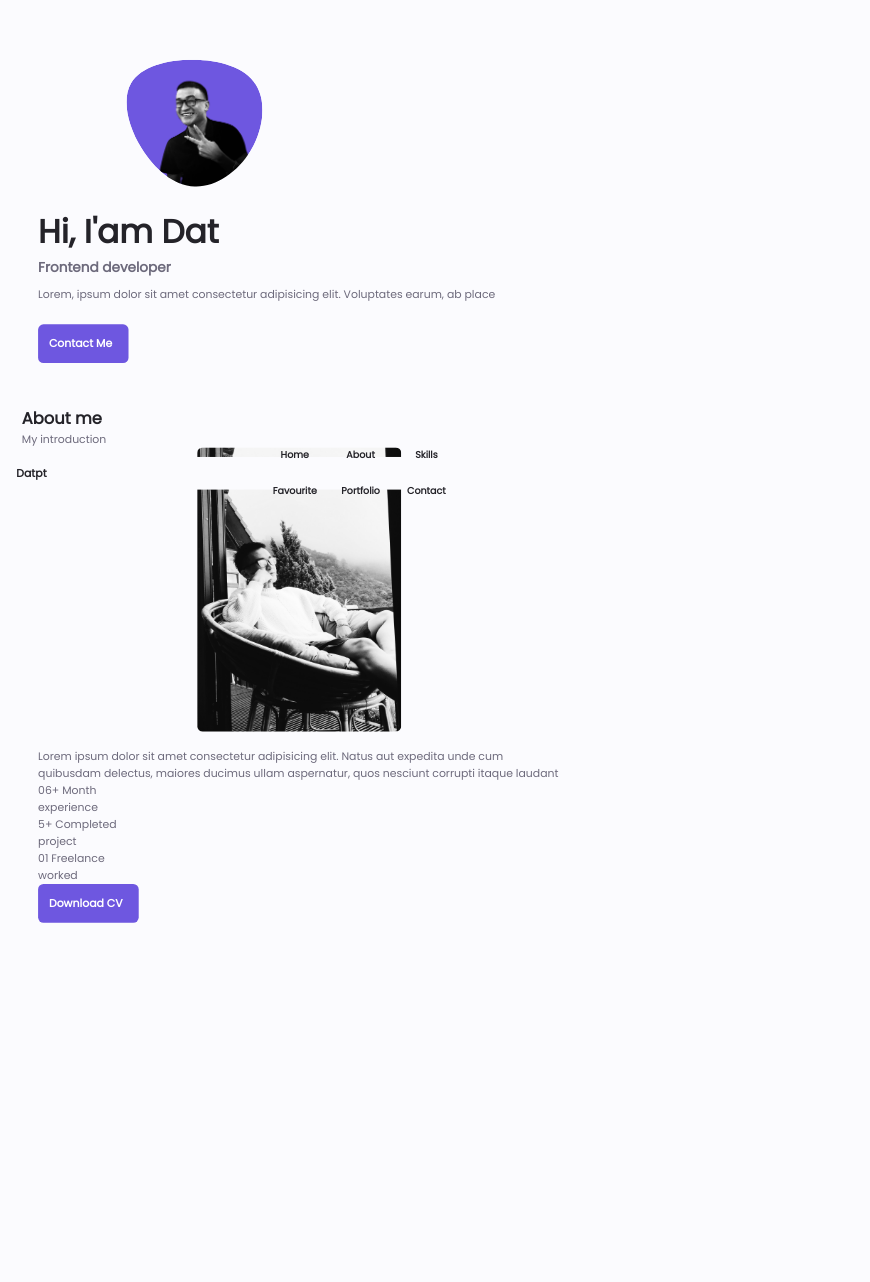
Repository: Datt21/portfolio
Page: index.html
These files come from the project's save history. The page is drawn as it stood at one moment and after the next save; the edit follows.
The browser window is 1280 px wide. The pictures show the whole page, at 68% of full size.
Some icons come from a web library that is not loaded, so they are not drawn.

Above is the page before, as saved 2021-07-10 16:38:20.

### index.html
<!DOCTYPE html>
<html lang="en">
<head>
    <meta charset="UTF-8">
    <meta http-equiv="X-UA-Compatible" content="IE=edge">
    <meta name="viewport" content="width=device-width, initial-scale=1.0">
    <!--============= ICONS ================  -->
    <link rel="stylesheet" href="https://unicons.iconscout.com/release/v4.0.0/css/line.css">

    <!-- ============= SWIPER CSS =============== -->
    <link rel="stylesheet" href="">

    <!-- =============== CSS ========================= -->
    <link rel="stylesheet" href="./Css/style.css">

    <title>Portfolio</title>
</head>
<body>
    <!--============================ HEADER ============================ -->
    <header class="header" id="header">
        <nav class="nav container">
            <a href="#" class="nav__logo">Datpt</a>

            <div class="nav__menu" id="nav-menu">
                <ul class="nav__list grid">
                    <li class="nav__item">
                        <a href="#home" class="nav__link">
                            <i class="uil uil-estate nav__icon"></i>Home
                        </a>
                    </li>
                    <li class="nav__item">
                        <a href="#about" class="nav__link">
                            <i class="uil uil-user nav__icon"></i>About
                        </a>
                    </li>
                    <li class="nav__item">
                        <a href="#skill" class="nav__link">
                            <i class="uil uil-file-alt nav__icon"></i>Skills
                        </a>
                    </li>
                    <li class="nav__item">
                        <a href="#fovourite" class="nav__link">
                            <i class="uil uil-books nav__icon"></i>Favourite
                        </a>
                    </li>
                    <li class="nav__item">
                        <a href="#portfolio" class="nav__link">
                            <i class="uil uil-scenery nav__icon"></i>Portfolio
                        </a>
                    </li>
                    <li class="nav__item">
                        <a href="#contact" class="nav__link">
                            <i class="uil uil-message nav__icon"></i>Contact
                        </a>
                    </li>
                </ul>
                <i class="uil uil-times nav__close" id="nav-close"></i>
            </div>

            <div class="nav__btns">
                <div class="nav__toggle" id="nav-toggle">
                    <i class="uil uil-apps"></i>
                </div>
            </div>
        </nav>
    </header>

     <!--==================== MAIN ====================-->
     <main class="main">
        <!--==================== HOME ====================-->
        <section class="home section" id="home">
            <div class="home__container container grid">
                <div class="home__content grid">
                    <div class="home__social">
                        <a href="https://www.facebook.com/profile.php?id=100043830603950" target="_blank" class="home__social-icon">
                            <i class="uil uil-facebook"></i>
                        </a>
                        <a href="https://t.me/datpt21" target="_blank" class="home__social-icon">
                            <i class="uil uil-telegram-alt"></i>
                        </a>
                        <a href="https://github.com/Datt21" target="_blank" class="home__social-icon">
                            <i class="uil uil-github-alt"></i>
                        </a>
                    </div>

                    <div class="home__img">
                        <svg class="home__blob" viewBox="0 0 200 187" xmlns="http://www.w3.org/2000/svg" xmlns:xlink="http://www.w3.org/1999/xlink">
                            <mask id="mask0" mask-type="alpha">
                                <path d="M190.312 36.4879C206.582 62.1187 201.309 102.826 182.328 134.186C163.346 165.547
                                130.807 187.559 100.226 186.353C69.6454 185.297 41.0228 161.023 21.7403 129.362C2.45775
                                97.8511 -7.48481 59.1033 6.67581 34.5279C20.9871 10.1032 59.7028 -0.149132 97.9666
                                0.00163737C136.23 0.303176 174.193 10.857 190.312 36.4879Z"/>
                            </mask>
                            <g mask="url(#mask0)">
                                <path d="M190.312 36.4879C206.582 62.1187 201.309 102.826 182.328 134.186C163.346
                                165.547 130.807 187.559 100.226 186.353C69.6454 185.297 41.0228 161.023 21.7403
                                129.362C2.45775 97.8511 -7.48481 59.1033 6.67581 34.5279C20.9871 10.1032 59.7028
                                -0.149132 97.9666 0.00163737C136.23 0.303176 174.193 10.857 190.312 36.4879Z"/>

                                <image class="home_blob-img" x='12' y='18 'xlink:href="./images/me.png"/>
                            </g>
                        </svg>

                    </div>

                    <div class="home__data">
                        <h1 class="home__title">Hi, I'am Dat</h1>
                        <h3 class="home_subtitle">Frontend developer</h3>
                        <p class="home_description">Lorem, ipsum dolor sit amet consectetur adipisicing elit.
                            Voluptates earum, ab place</p>
                        <a href="#contact" class="button button--flex">
                            Contact Me<i class="uil uil-message button__icon"></i>
                        </a>
                    </div>
                </div>

                <div class="home_scroll">
                    <a href="#about" class="home__scroll-button button--flex">
                        <i class="uil uil-mouse-alt-2 home__scroll-mouse"></i>
                        <span class="home__scroll-name">Scroll down</span>
                        <i class="uil uil-arrow-down home__scroll-arrow"></i>
                    </a>
                </div>
            </div>
        </section>

        <!--==================== ABOUT ====================-->
        <section class="about section" id="about">
            <h2 class="section__title">About me</h2>
            <span class="section__subtitle">My introduction</span>

            <div class="about__container container grid">
                <img src="./images/me2.jpg" alt="" class="about__img">

                <div class="about-data">
                    <p class="about-decription">Lorem ipsum dolor sit amet consectetur adipisicing elit.
                        Natus aut expedita unde cum quibusdam delectus, maiores ducimus ullam aspernatur, quos nesciunt corrupti itaque laudant</p>

                    <div class="about__info">
                        <div>
                            <span class="about__info-title">06+</span>
                            <span class="about__info-name">Month <br> experience</span>
                        </div>
                        <div>
                            <span class="about__info-title">5+</span>
                            <span class="about__info-name">Completed <br> project</span>
                        </div>
                        <div>
                            <span class="about__info-title">01</span>
                            <span class="about__info-name">Freelance <br> worked</span>
                        </div>
                    </div>

                    <div class="about__buttons">
                        <a download="" href="./pdf/LeTienDat_CV.pdf" class="button button--flex">
                            Download CV <i class="uil uil-download-alt button__icon"></i>
                        </a>
                    </div>
                </div>
            </div>


        </section>

        <!--==================== SKILLS ====================-->
        <section class="skills section" id="skills">


        </section>

        <!--==================== QUALIFICATION ====================-->
        <section class="qualification section">


        </section>

        <!--==================== SERVICES ====================-->
        <section class="services section" id="services">


        </section>

        <!--==================== PORTFOLIO ====================-->
        <section class="portfolio section" id="portfolio">


        </section>

        <!--==================== PROJECT IN MIND ====================-->
        <section class="project section">


        </section>

        <!--==================== TESTIMONIAL ====================-->
        <section class="testimonial section">


        </section>

        <!--==================== CONTACT ME ====================-->
        <section class="contact section" id="contact">


        </section>
    </main>

    <!--==================== FOOTER ====================-->
    <footer class="footer">


    </footer>

    <!--==================== SCROLL TOP ====================-->


    <!--==================== SWIPER JS ====================-->
    <script src=""></script>

    <!-- =================== JS ======================= -->
    <script src="./JS/main.js"></script>
</body>
</html>

### Css/style.css
/* ========================= GOOGLE FONTS ========================= */
@import url('https://fonts.googleapis.com/css2?family=Poppins&display=swap');

/*========================= VARIABLES CSS ==========================*/
:root{
    --header-height: 3rem;

    /* ---COLORS----- */
    --hue-color: 250;
    --first-color: hsl(var(--hue-color), 69%, 61%);
    --first-color-second: hsl(var(--hue-color), 69%, 61%);
    --first-color-alt: hsl(var(--hue-color), 57%, 53%);
    --first-color-lighter: hsl(var(--hue-color), 92%, 85%);
    --title-color:hsl(var(--hue-color), 8%, 15%);
    --text-color: hsl(var(--hue-color), 8%, 45%);
    --text-color-light: hsl(var(--hue-color), 8%, 65%);
    --input-color: hsl(var(--hue-color), 70%, 96%);
    --body-color: hsl(var(--hue-color), 60%, 99%);
    --container-color: #fff;

    /* --- FONT & SIZES */
    --body-font: 'Poppins', sans-serif;

    --font-semi-bold: 700;
    --font-medium: 600;

    --big-font-size: 2rem;
    --h1-font-size: 1.5rem;
    --h2-font-size: 1.25rem;
    --h3-font-size: 1.125rem;
    --normal-font-size: .938rem;
    --small-font-size: .813rem;
    --smaller-font-size: .75rem;

    /* --- MARGIN BOTTOM */
    --mb-0-25: .25rem;
    --mb-0-5: .5rem;
    --mb-0-75: .75rem;
    --mb-1: 1rem;
    --mb-1-5: 1.5rem;
    --mb-2: 2rem;
    --mb-2-5: 2.5rem;
    --mb-3: 3rem;

    /* Z INDEX */
    --z-tooltip: 10;
    --z-fixed: 100;
    --z-modal: 1000;

}

/* Font size for large devices */
@media screen and (min-width: 968px){
    :root {
        --big-font-size: 3rem;
        --h1-font-size: 2.25rem;
        --h2-font-size: 1.5rem;
        --h3-font-size: 1.25rem;
        --normal-font-size: 1rem;
        --small-font-size: .875rem;
        --smaller-font-size: .813rem;
    }

}

/*====================== Variables Dark Theme ===================  */

/*====================== Button Dark/Light  ===================  */

/*====================== BASE ========================= */
*{
    box-sizing: border-box;
    padding: 0;
    margin: 0;
}

html{
    scroll-behavior: smooth;
}

body{
    margin: 0 0 var(--header-height) 0;
    font-family: var(--body-font);
    font-size: var(--normal-font-size);
    background-color: var(--body-color);
    color: var(--text-color);
}

h1,h2,h3,h4{
    color: var(--title-color);
    font-weight: var(--font-semi-bold)
}

ul{
    list-style: none;
}

a{
    text-decoration: none;
}

img{
    max-width: 100%;
    height: auto;
}

/*========================= set section - css classes ====================  */
.section{
    padding: 2rem;
}

.section_title{
    font-size: var(--h1-font-size);
}

.section_subtitle{
    display: block;
    font-size: var(--small-font-size);
    margin-bottom: var(--mb-3);
}

.section_title,
.section_subtitle{
    text-align: center;
}

/* ===================== LAYOUT ============================== */
.container{
    max-width: 768px;
    margin-left: var(--mb-1-5);
    margin-right: var(--mb-1-5);
}

.grid{
    display: grid;
    gap: 1.5rem;
}

.header{
    width: 100%;
    position: fixed;
    bottom: 0;
    left: 0;
    z-index: var(--z-fixed);
    background-color: var(--body-color);
}

/* ===================== NAV ==================== */
.nav{
    max-width: 968px;
    height: var(--header-height);
    display: flex;
    justify-content:space-between;
    align-items: center;
}

.nav__logo,
.nav__toggle{
    color: var(--title-color);
    font-weight: var(--font-medium);
}

.nav__logo:hover{
    color: var(--first-color);
}

.nav__toggle{
    font-size: 1.1rem;
    cursor: pointer;
}

.nav__toggle:hover{
    color: var(--first-color);
}

@media screen and (max-width: 767px) {
    .nav__menu{
        position: fixed;
        bottom: -100%;
        left: 0;
        width: 100%;
        background-color: var(--body-color);
        padding: 2rem 1.5rem 4rem;
        box-shadow: 0 -1px 4px rgb(0,0,0, .15 );
        border-radius: 1.5rem 1.5rem 0 0;
        transition:0.3s;
    }
}

.nav__list{
    grid-template-columns: repeat(3,1fr);
    gap: 2rem;
}

.nav__link{
    display: flex;
    flex-direction: column;
    align-items: center;
    font-size: var(--small-font-size);
    color: var(--title-color);
    font-weight: var(--font-medium);
}

.nav__link:hover{
    color: var(--first-color);
}

.nav__icon{
    font-size: 1.2rem;
}

.nav__close{
    position: absolute;
    right: 1.3rem;
    bottom: .5rem;
    font-size: 1.5rem;
    cursor: pointer;
    color: var(--first-color);
}

.nav__close:hover{
    color: var(--first-color-alt);
}

/* -----show menu ---------- */
.show-menu{
    bottom: 0;
}

/*==================== HOME ====================*/
.home__container{
    gap: 1rem;
}

.home__content{
    grid-template-columns: .5fr 3fr;
    padding-top: 3.5rem;
    align-items: center;
}

.home__social{
    display: grid;
    grid-template-columns: max-content;
    row-gap: 1rem;
}

.home__social-icon{
    font-size: 1.25rem;
    color: var(--first-color);
}

.home__social-icon:hover{
    color: var(--first-color-alt);
    transform: scale(1.2);
}

.home__blob{
    width: 200px;
    fill: var(--first-color);
}

.home_blob-img{
    width: 170px;
}

.home__data{
    grid-column: 1/3;
}

.home__title{
    font-size: var(--big-font-size);
}

.home_subtitle{
    font-size: var(--h3-font-size);
    color: var(--text-color);
    font-weight: var(--font-medium);
    margin-bottom: var(--mb-0-75);
}

.home_description{
    margin-bottom: var(--mb-2);
}

.home_scroll{
    display: none;
}

.home__scroll-button{
    color: var(--first-color);
    transition: 0.3s;
}

.home__scroll-button:hover{
    transform: translateY(0.25rem);
}

.home__scroll-mouse{
    font-size: 2rem;
}

.home__scroll-name{
    font-size: var(--small-font-size);
    color: var(--title-color);
    font-weight: var(--font-medium);
    margin-right: var(--mb-0-25);
}

.home__scroll-arrow{
    font-size: 1.25rem;
}

/*==================== BUTTONS ====================*/
.button{
    display: inline-block;
    background-color: var(--first-color);
    color: #fff;
    padding: 1rem;
    border-radius: .5rem;
    font-weight: var(--font-medium);
}

.button:hover{
    background-color: var(--first-color-alt);
}

.button__icon{
    font-size: 1.25rem;
    margin-left: var(--mb-0-5);
    transition: 0.3s;
}

.button--flex{
    display: inline-flex;
    align-items: center;
}



/*==================== ABOUT ====================*/
.about__img{
    border-radius: .5rem;
    width: 300px;
    justify-self: center;
    align-self: center;
}

/*==================== SKILLS ====================*/


/*==================== QUALIFICATION ====================*/


/*==================== SERVICES ====================*/


/* Active Modal */


/*==================== PORTFOLIO ====================*/


/*==================== PROJECT IN MIND ====================*/


/*==================== TESTIMONIAL ====================*/


/*==================== CONTACT ME ====================*/


/*==================== FOOTER ====================*/


/*========== SCROLL UP ==========*/


/* Show scroll */


/*========== SCROLL BAR ==========*/


/*==================== MEDIA QUERIES ====================*/
/* For small devices */


/* For medium devices */


/* For large devices */

### JS/main.js
/*================= Menu show Y hidden ================= */
const navMenu = document.getElementById('nav-menu'),
      navToggle = document.getElementById('nav-toggle'),
      navClose = document.getElementById('nav-close')

/*======== Menu show =========*/
/* validate if constant exists */
if(navToggle){
    navToggle.addEventListener('click', () =>{
        navMenu.classList.add('show-menu')
    })
}

/*======== Menu hidden =========*/
/* validate if constant exists */
if(navClose){
    navClose.addEventListener('click', () =>{
        navMenu.classList.remove('show-menu')
    })
}

/*==================== REMOVE MENU MOBILE ====================*/
const navLink = document.querySelectorAll('.nav__link')

function linkAction() {
    const navMenu = document.getElementById('nav-menu')
    //khi click vao moi link,thi menu duoc an di
    navMenu.classList.remove('show-menu')
}
navLink.forEach(n => n.addEventListener('click', linkAction))

/*==================== ACCORDION SKILLS ====================*/


/*==================== QUALIFICATION TABS ====================*/


/*==================== SERVICES MODAL ====================*/


/*==================== PORTFOLIO SWIPER  ====================*/


/*==================== TESTIMONIAL ====================*/


/*==================== SCROLL SECTIONS ACTIVE LINK ====================*/


/*==================== CHANGE BACKGROUND HEADER ====================*/


/*==================== SHOW SCROLL UP ====================*/


/*==================== DARK LIGHT THEME ====================*/

After the next save:
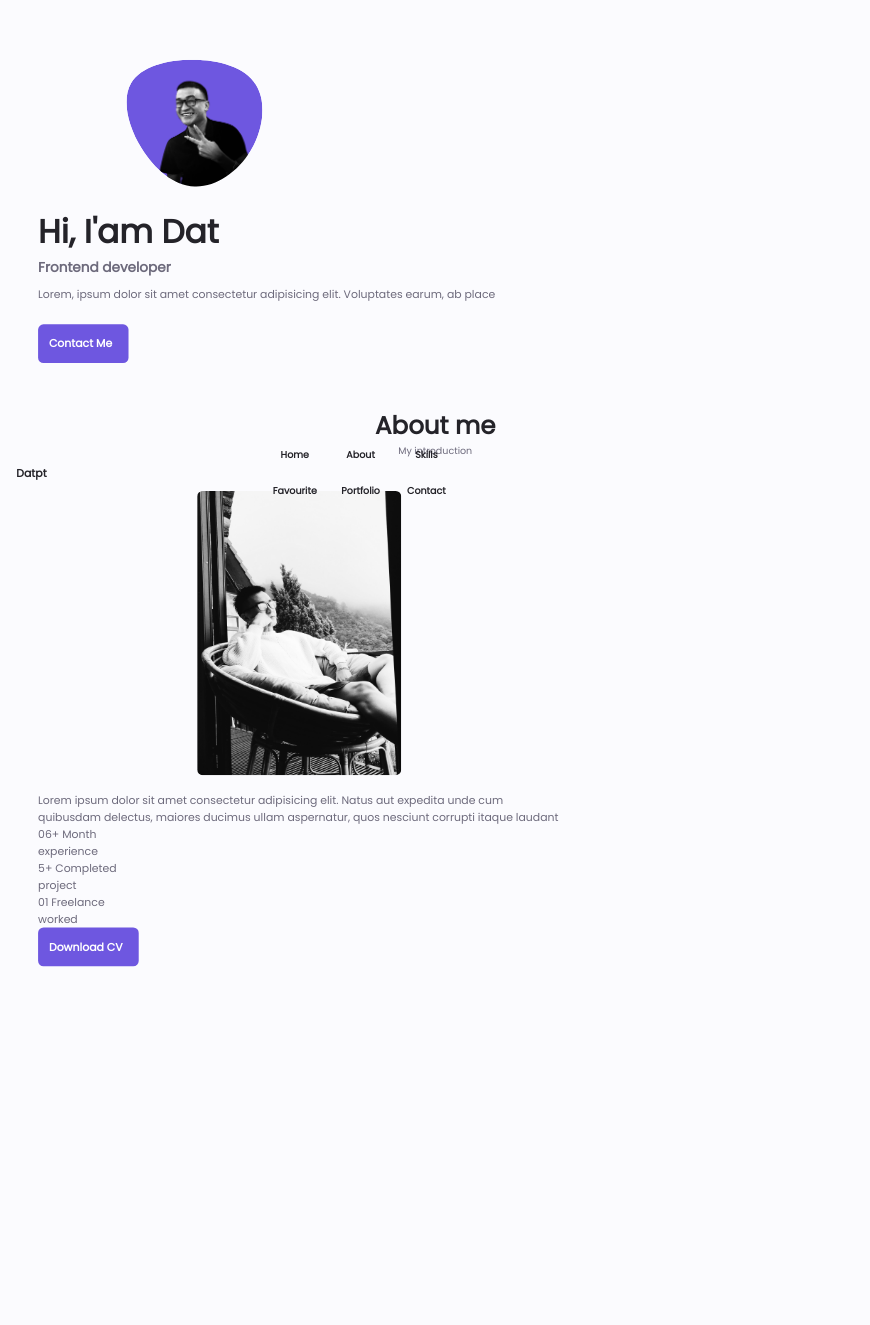
Saved 69 s later.
--- a/Css/style.css
+++ b/Css/style.css
@@ -109,18 +109,18 @@ img{
     padding: 2rem;
 }
 
-.section_title{
+.section__title{
     font-size: var(--h1-font-size);
 }
 
-.section_subtitle{
+.section__subtitle{
     display: block;
     font-size: var(--small-font-size);
     margin-bottom: var(--mb-3);
 }
 
-.section_title,
-.section_subtitle{
+.section__title,
+.section__subtitle{
     text-align: center;
 }
 
